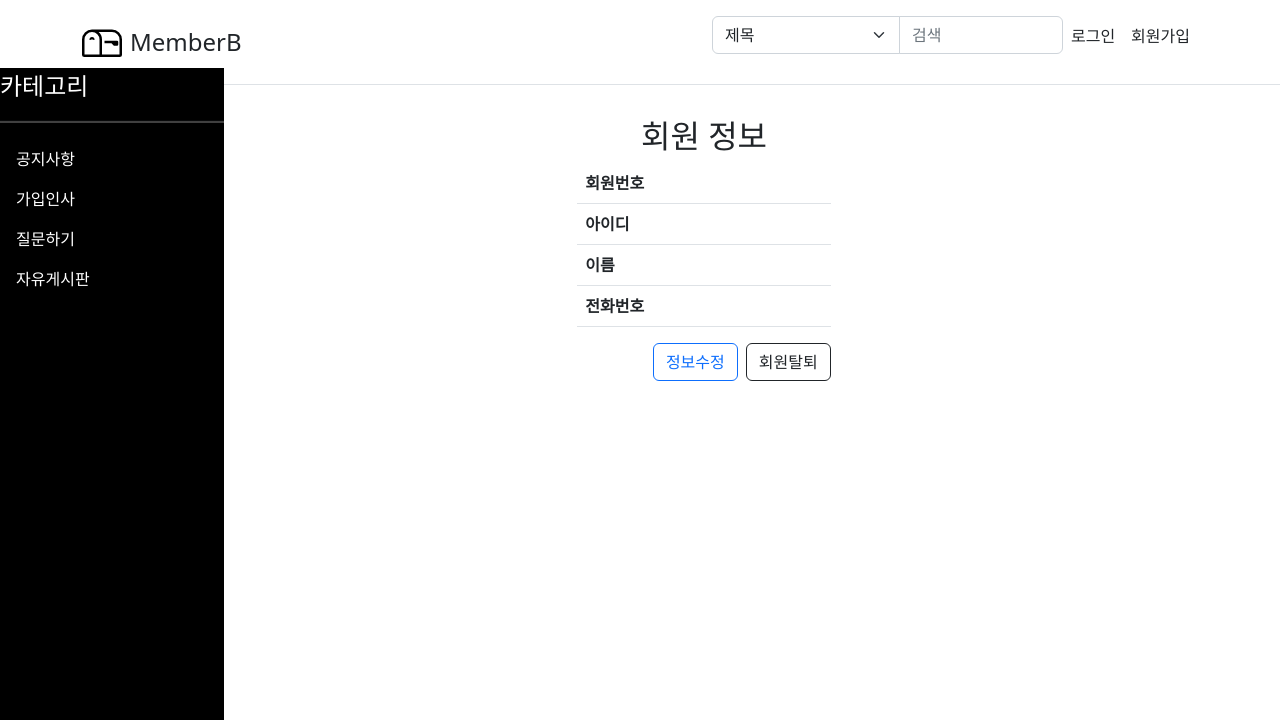
Repository: charmErin/board_220915
Page: http://localhost/board/WEB-INF/views/member/detail.jsp
An editor plug-in stored every save of this project. The page is shown before and after a run of saves, followed by the edit.
The browser window is 1280 px wide. The pictures show the whole page.
The page is served by Tomcat 9. Nobody is signed in. The template is opened directly, without the code that normally fills it, so the values that code supplies are empty.

Above is the page before, as saved 2022-09-16 02:28:20.
Console error: SyntaxError: Unexpected token ';'

After the next 2 saves:
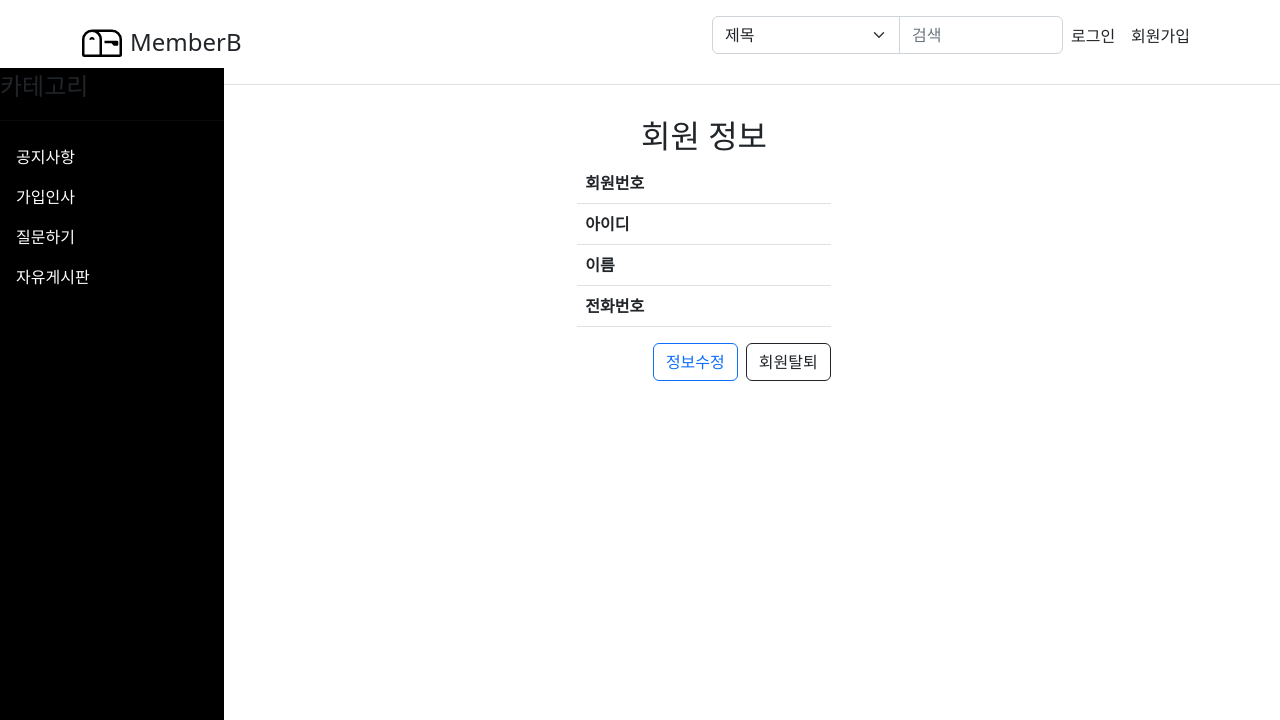
The 2 saves are shown as one change because they came seconds apart.
The last was saved 24 s later.
--- a/board/src/main/webapp/WEB-INF/views/layout/header.jsp
+++ b/board/src/main/webapp/WEB-INF/views/layout/header.jsp
@@ -16,11 +16,6 @@
 		display: inline !important;
 		z-index: 1 !important;
 		background-color: black;
-	}
-
-	hr {
-		background-color: white;
-		height: 3px;
 	}
 </style>
 </head>
@@ -74,7 +69,7 @@
 			</div>
 		</div>
 		<div class="side-bar">
-			<span class="fs-4 text-white">카테고리</span>
+			<span class="fs-4">카테고리</span>
 			<hr>
 			<ul class="nav nav-pills flex-column mb-auto">
 				<li class="nav-item">
